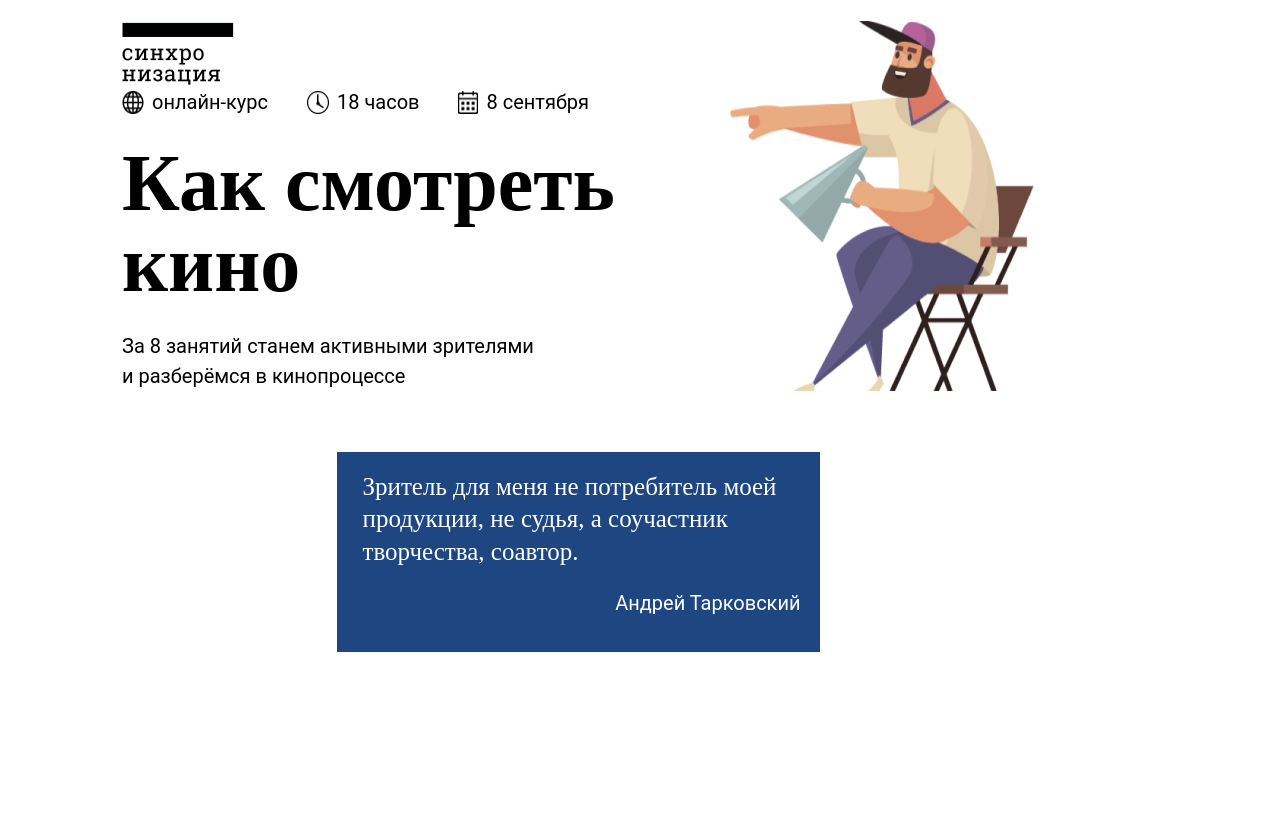
Repository: PoladEziz/Task-8
Page: index.html
These files come from the project's save history. The page is drawn as it stood at one moment and after the next save; the edit follows.
The browser window is 1280 px wide. The pictures show the whole page.

Above is the page before, as saved 2023-05-25 16:18:59.

After the next save:
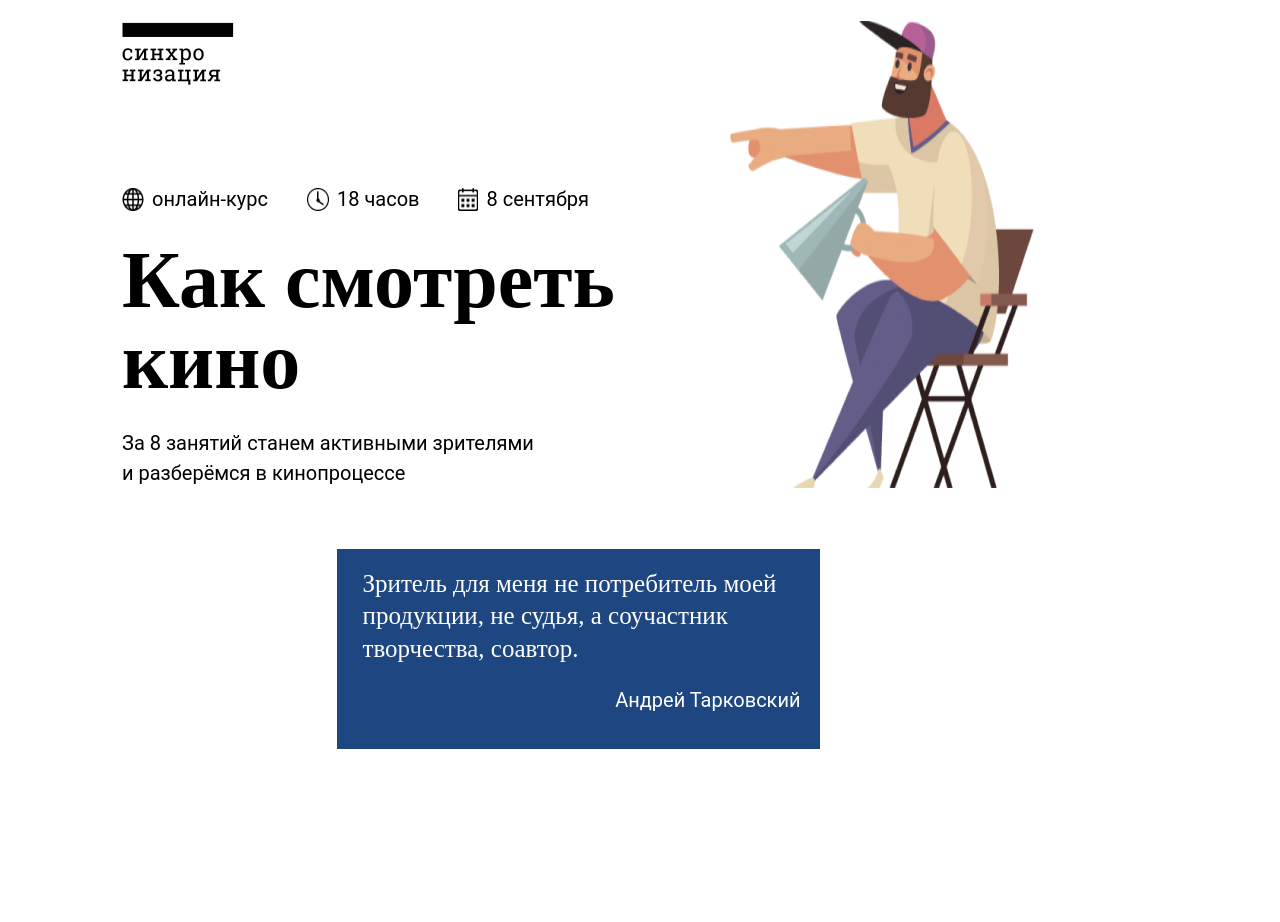
Saved 4 s later.
--- a/index.css
+++ b/index.css
@@ -67,7 +67,7 @@
   /* position: absolute;
   left: 121px;
   top: 21px; */
-  marg
+  margin-bottom: 97px;
   width: 112px;
   height: 66px;
 }
